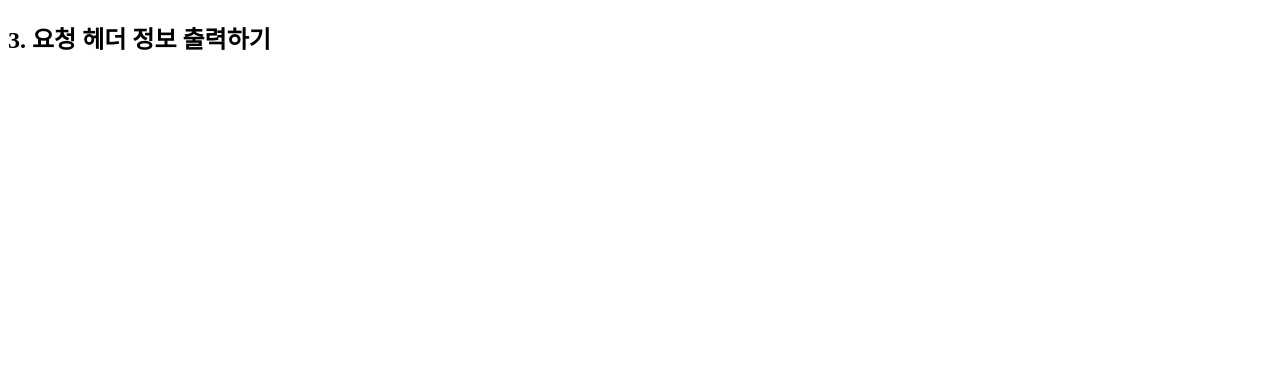
Repository: achul1026/jspStudy
Page: http://localhost/MustHaveJSP/02ImplicitObject/RequestHeader.jsp
These files come from the project's save history. The page is drawn as it stood at one moment and after a run of saves; the edit follows.
The browser window is 1280 px wide. The pictures show the whole page.
The page is served by Tomcat 9. Other server files are loaded and not shown.

Above is the page before, as saved 2022-09-21 12:31:14.

### MustHaveJSP/src/main/webapp/02ImplicitObject/RequestHeader.jsp
<%@ page import="java.util.Enumeration" %>
<%@ page language="java" contentType="text/html; charset=UTF-8"
    pageEncoding="UTF-8"%>
<!DOCTYPE html>
<html>
<head>
<title>내장 객체 - request</title>
</head>
<body>
	<h2>3. 요청 헤더 정보 출력하기</h2>
</body>
</html>

After the next 3 saves:
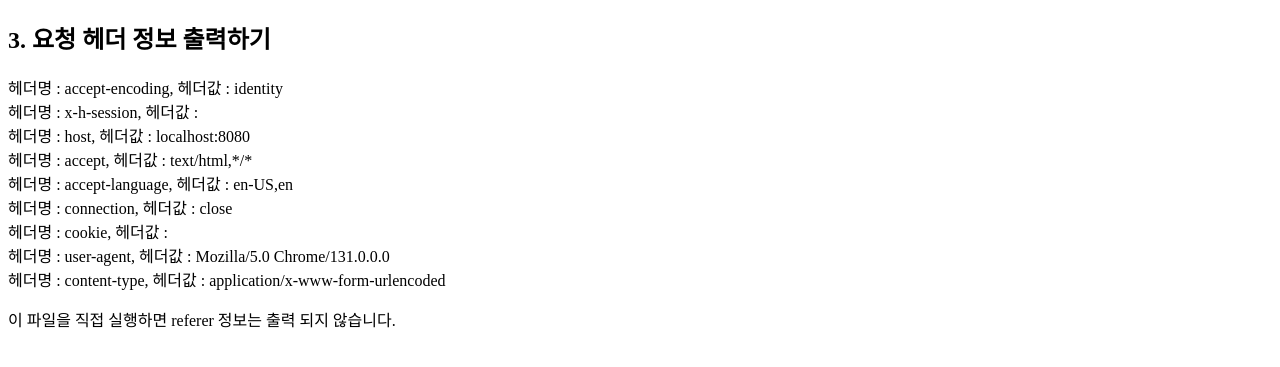
The 3 saves are shown as one change because 2 did not build or start.
The last was saved 2 min 30 s later.
--- a/MustHaveJSP/src/main/webapp/02ImplicitObject/RequestHeader.jsp
+++ b/MustHaveJSP/src/main/webapp/02ImplicitObject/RequestHeader.jsp
@@ -8,5 +8,14 @@
 </head>
 <body>
 	<h2>3. 요청 헤더 정보 출력하기</h2>
+	<%
+		Enumeration headers = request.getHeaderNames();
+		while (headers.hasMoreElements()){
+			String headerName = (String)headers.nextElement();
+			String headerValue = request.getHeader(headerName);
+			out.print("헤더명 : "+ headerName + ", 헤더값 : "+ headerValue + "<br>");
+		}
+	%>
+	<p>이 파일을 직접 실행하면 referer 정보는 출력 되지 않습니다.</p>
 </body>
 </html>
